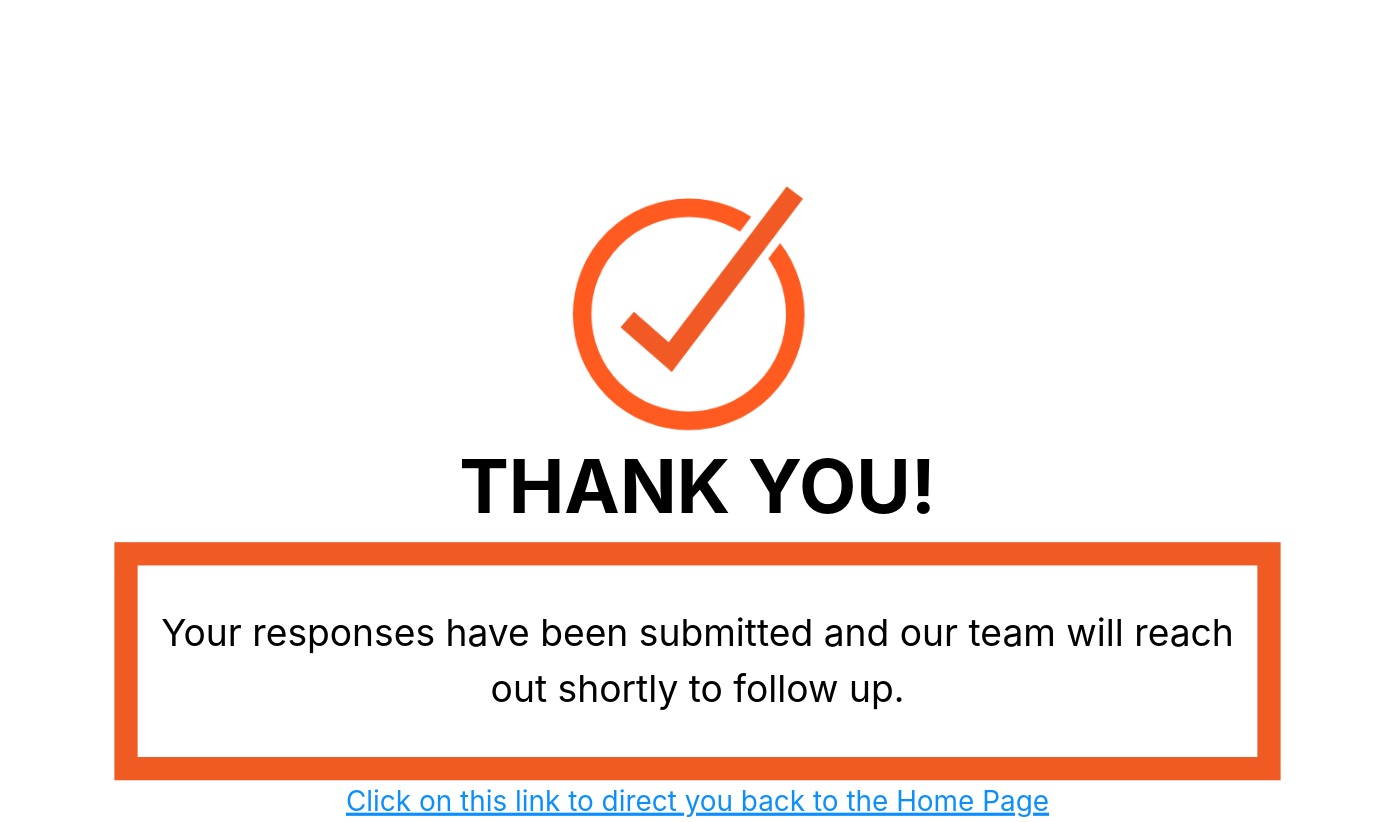
Repository: legenddev1202/whyclicktv
Page: /success
The author's editor kept a copy of each file at every save. The page is drawn from the files as they stood at one save, then again after the next save.
The browser window is 1280 px wide. The page is 1500 px wide, so the pictures cover 1500 px, including what lies to the right of the window. The pictures show the whole page, at 93% of full size.
The project was rebuilt for these pictures with package versions that can differ from the ones it lists, and the page was loaded fresh each time. Also part of the build but not shown: src/App.css, src/pages/home.js, src/pages/about.js, src/pages/contact.js, src/pages/partners.js, src/pages/referral.js.

Above is the page before, as saved 2022-04-27 18:32:51.

### public/index.html
<!DOCTYPE html>
<html lang="en">
  <head>
    <meta charset="utf-8" />
    <link rel="icon" href="%PUBLIC_URL%/favicon.ico" />
    <meta name="viewport" content="width=device-width, initial-scale=1" />
    <meta name="theme-color" content="#000000" />
    <meta name="description" content="why-click" />
    <link rel="apple-touch-icon" href="%PUBLIC_URL%/favicon.ico" />
    <!--
      manifest.json provides metadata used when your web app is installed on a
      user's mobile device or desktop. See https://developers.google.com/web/fundamentals/web-app-manifest/
    -->
    <link rel="manifest" href="%PUBLIC_URL%/manifest.json" />
    <!--
      Notice the use of %PUBLIC_URL% in the tags above.
      It will be replaced with the URL of the `public` folder during the build.
      Only files inside the `public` folder can be referenced from the HTML.

      Unlike "/favicon.ico" or "favicon.ico", "%PUBLIC_URL%/favicon.ico" will
      work correctly both with client-side routing and a non-root public URL.
      Learn how to configure a non-root public URL by running `npm run build`.
    -->
    <title>WhyClick.tv</title>
  </head>
  <body>
    <noscript>WhyClick.tv</noscript>
    <div id="root"></div>
    <!--
      This HTML file is a template.
      If you open it directly in the browser, you will see an empty page.

      You can add webfonts, meta tags, or analytics to this file.
      The build step will place the bundled scripts into the <body> tag.

      To begin the development, run `npm start` or `yarn start`.
      To create a production bundle, use `npm run build` or `yarn build`.
    -->
  </body>
</html>

### src/index.css
@tailwind base;
@tailwind components;
@tailwind utilities;

body {
  margin: 0;
  font-family: -apple-system, BlinkMacSystemFont, "Segoe UI", "Roboto", "Oxygen",
    "Ubuntu", "Cantarell", "Fira Sans", "Droid Sans", "Helvetica Neue",
    sans-serif;
  -webkit-font-smoothing: antialiased;
  -moz-osx-font-smoothing: grayscale;
  height: 100%;
  min-width: 1500px;
}

code {
  font-family: source-code-pro, Menlo, Monaco, Consolas, "Courier New",
    monospace;
}

input::placeholder {
  font-size: 50;
}

input::-moz-placeholder {
  font-size: 50;
}

input::-webkit-input-placeholder {
  font-size: 50;
}

### src/App.js
import { Routes, Route, Link } from "react-router-dom";
import "./App.css";
import Home from "./pages/home";
import About from "./pages/about";
import Contact from "./pages/contact";
import Partners from "./pages/partners";
import Referral from "./pages/referral";
import Success from "./pages/success";

function App() {
  return (
    <Routes>
      <Route path="/" element={<Home />} />
      <Route path="about" element={<About />} />
      <Route path="contact" element={<Contact />} />
      <Route path="partners" element={<Partners />} />
      <Route path="referrel" element={<Referral />} />
      <Route path="success" element={<Success />} />
    </Routes>
  );
}

export default App;

### src/pages/success.js
import React, { useState } from "react";
import { Routes, Route, Link } from "react-router-dom";

function Success() {
  return (
    <div
      className="h-full w-full flex flex-col items-center justify-between bg-white"
      style={{ padding: "192.5px 0px 155px 0px", height: "100vh" }}
    >
      <div style={{ height: "270px" }}>
        <img
          className="logo-icon h-full"
          src="assets/images/logos/success.png"
          alt="logo"
        />
      </div>
      <div style={{ fontSize: 80, fontWeight: "bold" }}>THANK YOU!</div>
      <div
        style={{
          fontSize: 40,
          textAlign: "center",
          padding: "43px 25px",
          borderWidth: 25,
          borderColor: "#F05A23",
        }}
      >
        Your responses have been submitted and our team will reach
        <br /> out shortly to follow up.
      </div>
      <button
        className="underline"
        style={{
          color: "#0C8EFF",
          fontSize: 30,
        }}
      >
        <Link to="/referrel">
          Click on this link to direct you back to the Home Page
        </Link>
      </button>
    </div>
  );
}

export default Success;

Loaded but not shown: src/index.js (common file); src/reportWebVitals.js (common file); tailwind.config.js (common file)

After the next save:
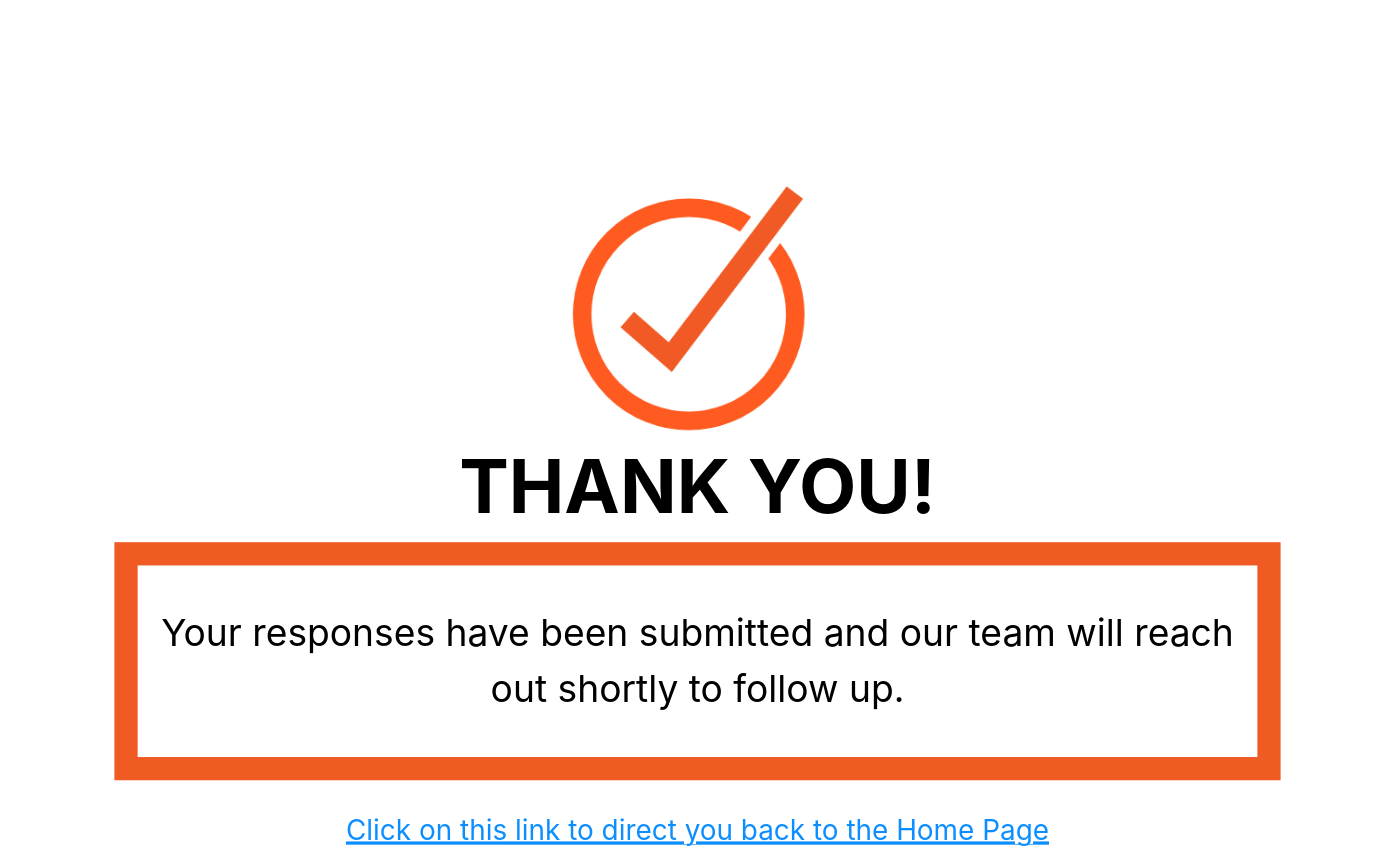
Saved 25 s later.
--- a/src/pages/success.js
+++ b/src/pages/success.js
@@ -32,6 +32,7 @@ function Success() {
         style={{
           color: "#0C8EFF",
           fontSize: 30,
+          marginTop: 31,
         }}
       >
         <Link to="/referrel">
